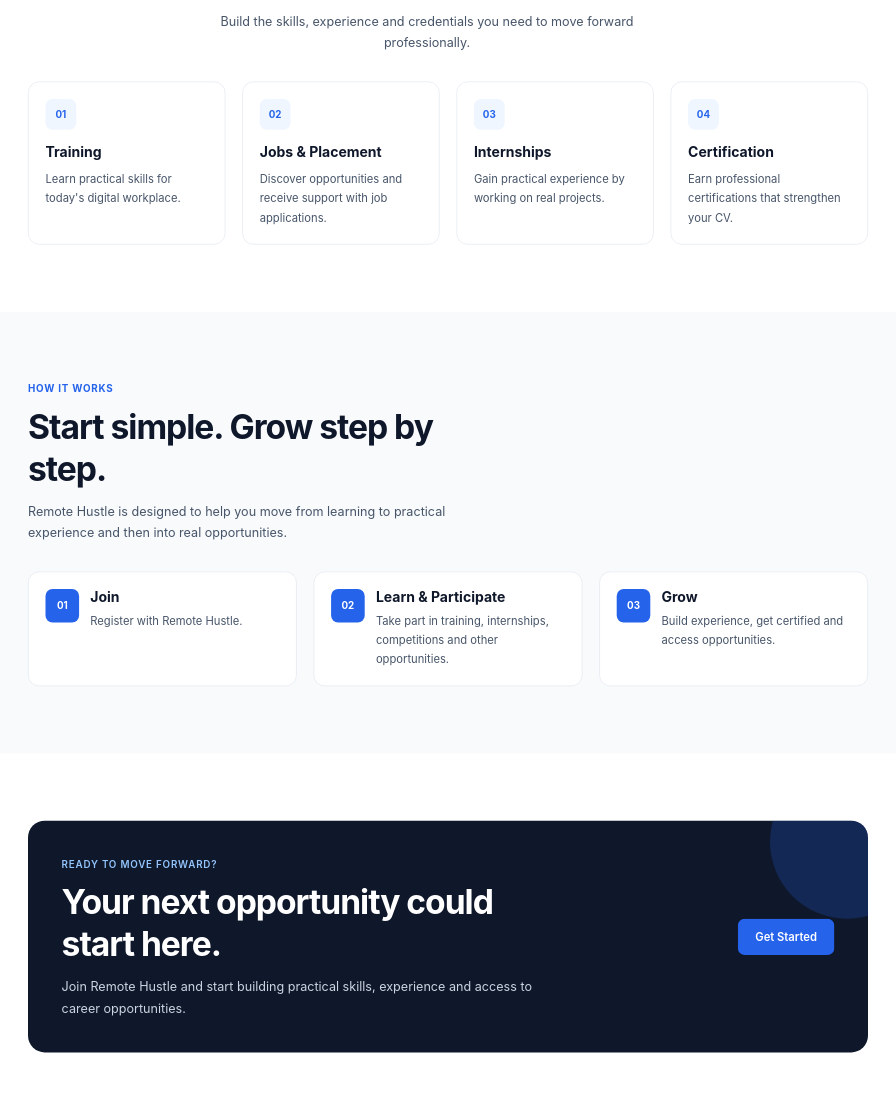
Repository: Lovethrech/remote-hustle
Page: /
An editor plug-in stored every save of this project. The page is shown before and after a run of saves, followed by the edit.
The browser window is 1280 px wide. The pictures show the part of the page from y = 1008 to 2928 px (the page is 2608 px tall before and 2928 px after), at 70% of full size.
The project was rebuilt for these pictures with package versions that can differ from the ones it lists, and the page was loaded fresh each time. The framework's server and built-in components were replaced by stand-ins that run in the browser. Also part of the build but not shown: nuxt.config.ts, app/components/atoms/BaseInput.vue, app/components/atoms/BaseSelect.vue, app/components/molecules/OpportunityCard.vue, app/components/molecules/PageHero.vue, app/components/molecules/ProductCard.vue.

Above is the page before, as saved 2026-08-25 20:51:48.

After the next 2 saves:
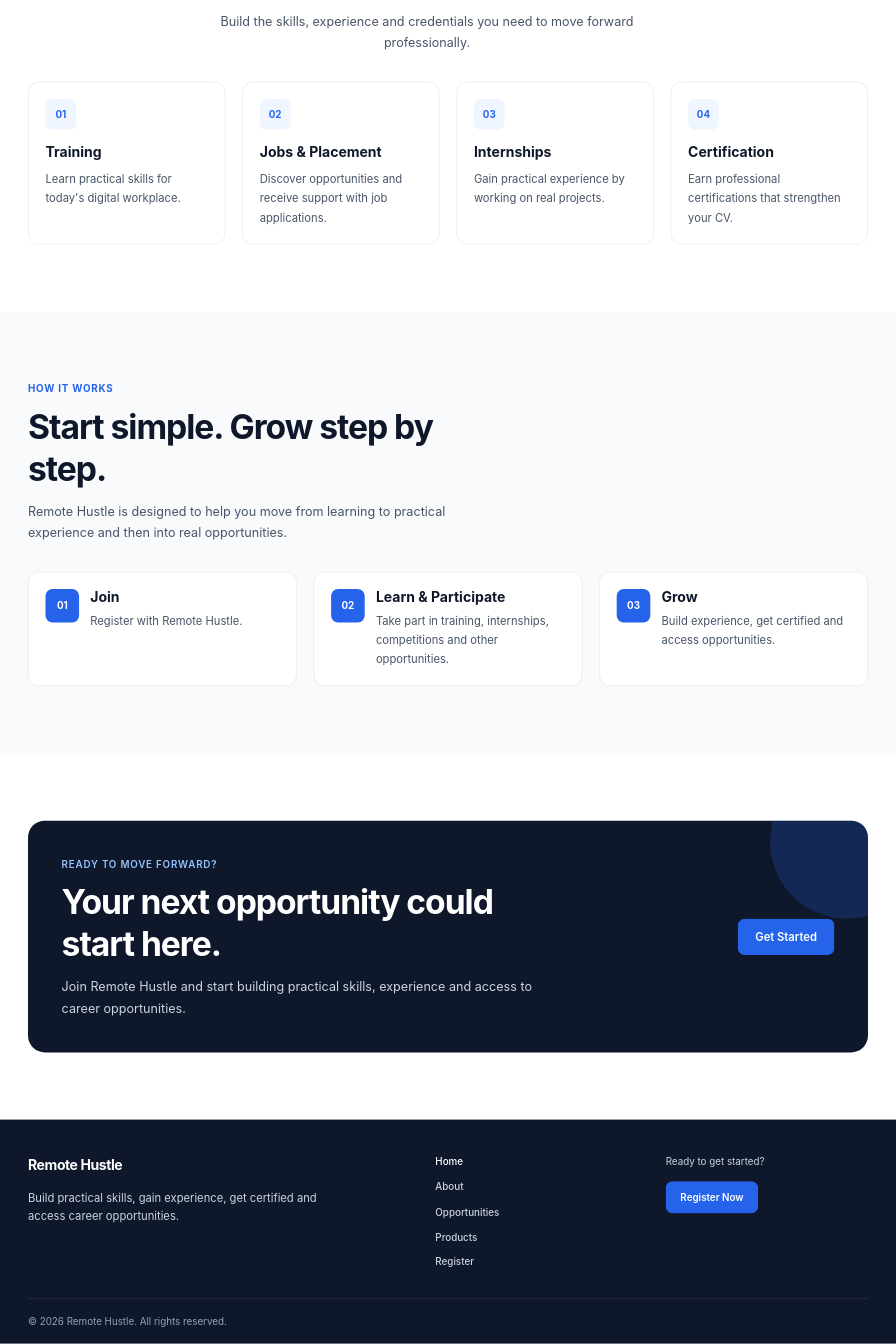
The 2 saves are shown as one change because they came seconds apart.
The last was saved 39 s later.
--- a/app/layouts/default.vue
+++ b/app/layouts/default.vue
@@ -1,7 +1,24 @@
 <template>
-    <div>
-        <OrganismsSiteHeader />
+    <div class="app-shell">
+        <SiteHeader />
 
+        <div class="app-shell__content">
         <slot />
+        </div>
+
+        <SiteFooter />
     </div>
 </template>
+
+<style scoped>
+.app-shell {
+  min-height: 100vh;
+
+  display: flex;
+  flex-direction: column;
+}
+
+.app-shell__content {
+  flex: 1;
+}
+</style>
